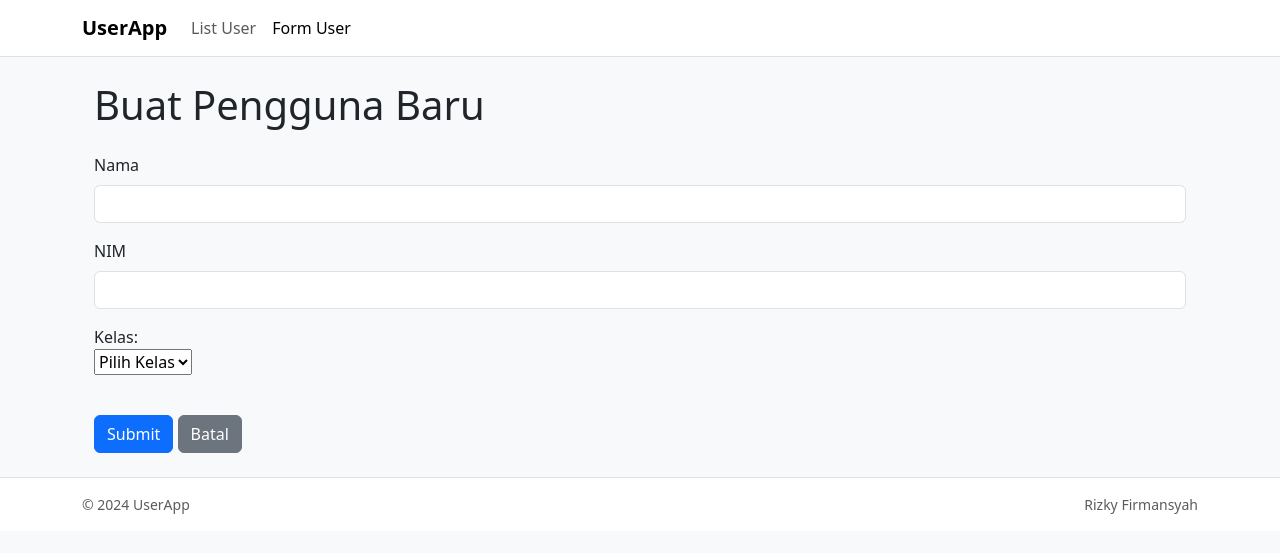
Repository: RizkyFirmansyah-com/prak-pwl-2357051016
Page: http://localhost/user/create
These files come from the project's save history. The page is drawn as it stood at one moment and after the next save; the edit follows.
The browser window is 1280 px wide. The pictures show the whole page.
The page is served by the project's Laravel application, run on PHP 8.4 with Laravel 10. Other server files are loaded and not shown. Queries for data that is not in the repository find no rows.

Above is the page before, as saved 2025-10-12 22:39:50.

### routes/web.php
<?php

use Illuminate\Support\Facades\Route;
use App\Http\Controllers\UserController;
use App\Http\Controllers\MataKuliahController;
use App\Http\Controllers\ProfilController;

/*
|--------------------------------------------------------------------------
| Web Routes
|--------------------------------------------------------------------------
|
| Here is where you can register web routes for your application. These
| routes are loaded by the RouteServiceProvider and all of them will
| be assigned to the "web" middleware group. Make something great!
|
*/

Route::get('/', function () {
    return view('');
});

Route::get('/', fn () => redirect()->route('user.index'));

// Route::get('/user', [UserController::class, 'index']);
// Route::get('/user/create', [UserController::class, 'create'])->name('user.create');
// Route::post('/user', [UserController::class, 'store'])->name('user.store');
Route::resource('user', UserController::class);


Route::get('/mata-kuliah', [MataKuliahController::class, 'index']);
Route::get('/mata-kuliah/create', [MataKuliahController::class, 'create'])->name('matakuliah.create');
Route::post('/mata-kuliah', [MataKuliahController::class, 'store'])->name('matakuliah.store');

Route::get('/matakuliah/{id}/edit', [MataKuliahController::class, 'edit'])->name('matakuliah.edit');
Route::put('/matakuliah/{id}', [MataKuliahController::class, 'update'])->name('matakuliah.update');
Route::delete('/matakuliah/{id}', [MataKuliahController::class, 'destroy'])->name('matakuliah.destroy');
Route::resource('matakuliah', MataKuliahController::class);

### app/Http/Controllers/UserController.php
<?php

namespace App\Http\Controllers;

use Illuminate\Http\Request;
use App\Models\Kelas;
use App\Models\UserModel;

class UserController extends Controller
{
    private UserModel $userModel;
    private Kelas $kelasModel;

    public function __construct()
    {
        $this->userModel  = new UserModel();
        $this->kelasModel = new Kelas();
    }

    // LIST
    public function index()
    {
        // Jika UserModel punya method getUser(), pakai itu.
        // Kalau tidak, bisa ganti: $users = UserModel::with('kelas')->orderBy('nama')->get();
        $data = [
            'title' => 'List User',
            'users' => $this->userModel->getUser()
        ];
        return view('list_user', $data);
    }

    // CREATE FORM
    public function create()
    {
        $data = [
            'title' => 'Create User',
            'kelas' => $this->kelasModel->getKelas(), // pastikan nama method-nya getKelas()
        ];
        return view('user_create', $data);
    }

    // STORE
    public function store(Request $request)
    {
        $validated = $request->validate([
            'nama'     => ['required','string','max:100'],
            'nim'      => ['required','string','max:20'],
            'kelas_id' => ['required','exists:kelas,id'],
        ]);

        $this->userModel->create($validated);

        return redirect()->route('user.index')->with('success', 'User berhasil ditambahkan.');
    }

    // EDIT FORM
    public function edit(string $id)
    {
        $user  = UserModel::findOrFail($id);
        $kelas = $this->kelasModel->getKelas();

        return view('user_edit', [
            'title' => 'Edit User',
            'user'  => $user,
            'kelas' => $kelas,
        ]);
    }

    // UPDATE
    public function update(Request $request, string $id)
    {
        $validated = $request->validate([
            'nama'     => ['required','string','max:100'],
            'nim'      => ['required','string','max:20'],
            'kelas_id' => ['required','exists:kelas,id'],
        ]);

        $user = UserModel::findOrFail($id);
        $user->update($validated);

        return redirect()->route('user.index')->with('success', 'User berhasil diperbarui.');
    }

    // DELETE
    public function destroy(string $id)
    {
        $user = UserModel::findOrFail($id);
        $user->delete();

        return redirect()->route('user.index')->with('success', 'User berhasil dihapus.');
    }
}

### app/Models/UserModel.php
<?php

namespace App\Models;

use Illuminate\Database\Eloquent\Factories\HasFactory;
use Illuminate\Database\Eloquent\Model;

class UserModel extends Model
{
    use HasFactory;

    protected $table = 'user';
    protected $guarded = ['id'];

    public function Kelas(){
        return $this->belongsTo(Kelas::class, 'kelas_id');
    }

    public function getUser(){
        return $this->join('kelas', 'kelas.id', '=', 'user.kelas_id')
                    ->select('user.*', 'kelas.nama_kelas as nama_kelas')
                    ->get();
    }
}

### app/Models/kelas.php
<?php

namespace App\Models;

use Illuminate\Database\Eloquent\Factories\HasFactory;
use Illuminate\Database\Eloquent\Model;

class Kelas extends Model
{
    use HasFactory;

    protected $guarded = ['id'];

    public function user()
    {
        return $this->hasMany(UserModel::class, 'kelas_id');
    }

    public function getkelas()
    {
        return $this->all();
    }
}

### resources/views/user_create.blade.php
@extends('layouts.app')
@section('title','Buat Pengguna Baru')

@section('content')
<div class="container">
  <h1 class="mb-4">Buat Pengguna Baru</h1>

  {{-- Notifikasi error validasi --}}
  @if ($errors->any())
    <div class="alert alert-danger">
      <ul class="mb-0">
        @foreach ($errors->all() as $e)
          <li>{{ $e }}</li>
        @endforeach
      </ul>
    </div>
  @endif

  <form action="{{ route('user.store') }}" method="POST">
    @csrf

    <div class="mb-3">
      <label for="nama" class="form-label">Nama</label>
      <input type="text" id="nama" name="nama" class="form-control"
             value="{{ old('nama') }}" required>
    </div>

    <div class="mb-3">
      <label for="nim" class="form-label">NIM</label>
      <input type="text" id="nim" name="nim" class="form-control"
             value="{{ old('nim') }}" required>
    </div>

    <div class="mb-3">
    <label for="kelas">Kelas:</label><br>
    <select name="kelas_id" id="kelas_id">
    <option value="" disabled {{ old('kelas_id') ? '' : 'selected' }}>Pilih Kelas</option>
    @foreach ($kelas as $k)
        <option value="{{ $k->id }}" {{ old('kelas_id') == $k->id ? 'selected' : '' }}>
            {{ $k->nama_kelas }}
        </option>
    @endforeach
</select><br><br>


    </div>

    <button type="submit" class="btn btn-primary">Submit</button>
    <a href="{{ route('user.index') }}" class="btn btn-secondary">Batal</a>
  </form>
</div>
@endsection

### resources/views/layouts/app.blade.php
<!DOCTYPE html>
<html lang="id">
<head>
    <meta charset="UTF-8">
    <meta name="viewport" content="width=device-width, initial-scale=1.0">
    <title>@yield('title', 'Aplikasi User')</title>
    <link href="https://cdn.jsdelivr.net/npm/bootstrap@5.3.3/dist/css/bootstrap.min.css" rel="stylesheet" crossorigin="anonymous">
</head>
<body class="bg-light">


    <x-navbar />

    <main class="container py-4">
        @yield('content')
    </main>


    <x-footer />

    <script src="https://cdn.jsdelivr.net/npm/bootstrap@5.3.3/dist/js/bootstrap.bundle.min.js" crossorigin="anonymous"></script>
</body>
</html>

### resources/views/components/navbar.blade.php
<nav class="navbar navbar-expand-lg bg-white border-bottom sticky-top">
  <div class="container">
    <a class="navbar-brand fw-semibold" href="{{ url('/') }}">UserApp</a>
    <button class="navbar-toggler" type="button" data-bs-toggle="collapse" data-bs-target="#nvb" aria-controls="nvb" aria-expanded="false" aria-label="Toggle navigation">
      <span class="navbar-toggler-icon"></span>
    </button>

    <div class="collapse navbar-collapse" id="nvb">
      <ul class="navbar-nav me-auto mb-2 mb-lg-0">
        {{-- Link ke List User --}}
        <li class="nav-item">
          <a class="nav-link {{ request()->is('user') ? 'active' : '' }}"
             href="{{ route('user.create') }}">
            List User
          </a>
        </li>

        {{-- Link ke Form Tambah User --}}
        <li class="nav-item">
          <a class="nav-link {{ request()->is('user/create') ? 'active' : '' }}"
             href="{{ route('user.create') }}">
            Form User
          </a>
        </li>
      </ul>
    </div>
  </div>
</nav>

### resources/views/components/footer.blade.php
<footer class="border-top bg-white">
  <div class="container py-3 small text-muted d-flex justify-content-between">
    <span>© {{ date('Y') }} UserApp</span>
    <span>Rizky Firmansyah</span>
  </div>
</footer>

Loaded but not shown: app/Http/Controllers/Controller.php (common file)

After the next save:
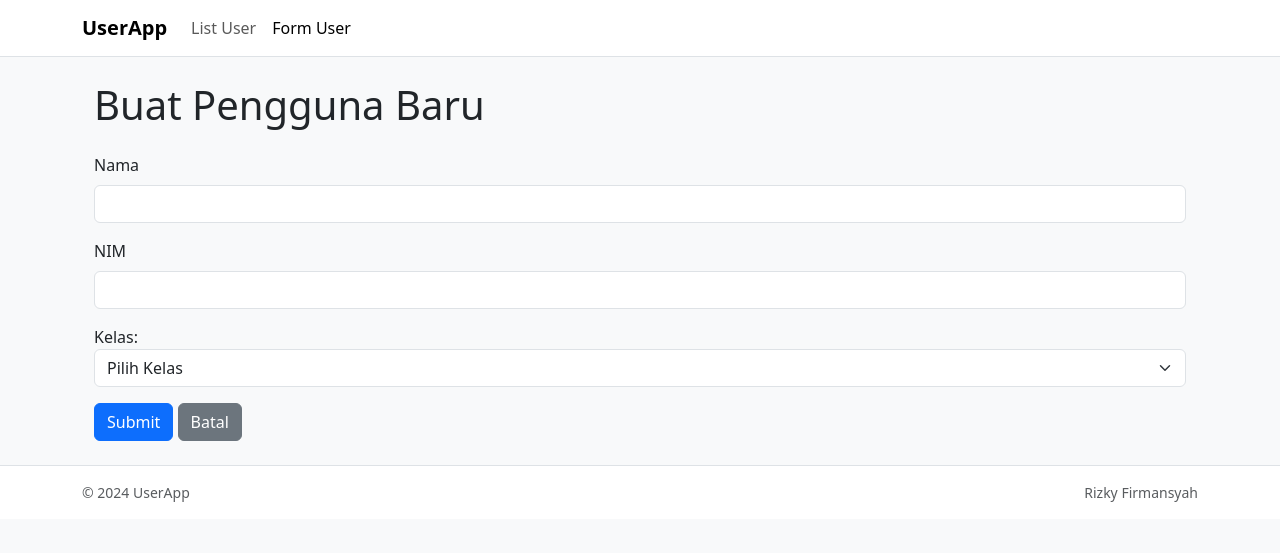
Saved 102 s later.
--- a/resources/views/user_create.blade.php
+++ b/resources/views/user_create.blade.php
@@ -33,14 +33,14 @@
 
     <div class="mb-3">
     <label for="kelas">Kelas:</label><br>
-    <select name="kelas_id" id="kelas_id">
-    <option value="" disabled {{ old('kelas_id') ? '' : 'selected' }}>Pilih Kelas</option>
-    @foreach ($kelas as $k)
-        <option value="{{ $k->id }}" {{ old('kelas_id') == $k->id ? 'selected' : '' }}>
-            {{ $k->nama_kelas }}
-        </option>
-    @endforeach
-</select><br><br>
+    <select name="kelas_id" id="kelas_id" class="form-select" required>
+  <option value="" disabled {{ old('kelas_id') ? '' : 'selected' }}>Pilih Kelas</option>
+  @foreach ($kelas as $k)
+    <option value="{{ $k->id }}" {{ old('kelas_id') == $k->id ? 'selected' : '' }}>
+      {{ $k->nama_kelas }}
+    </option>
+  @endforeach
+</select>
 
 
     </div>
